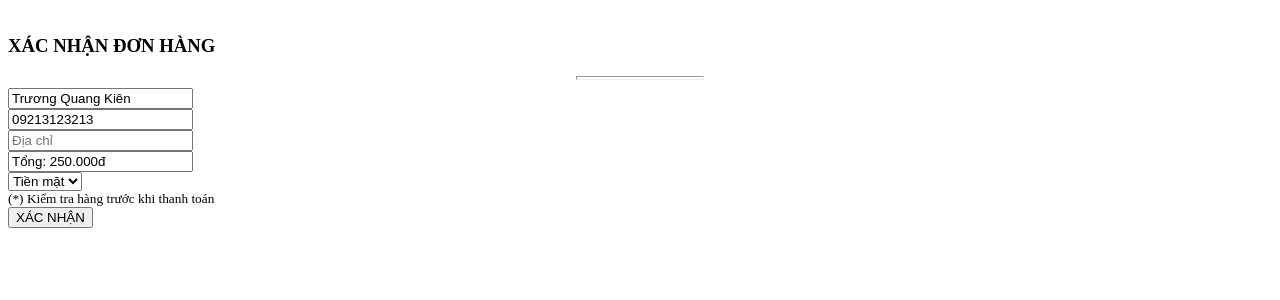
Repository: kienkiddo/BaiTapWebBanHang
Page: http://localhost/LapTrinhWebsite/home/view/confirm.jsp
The author's editor kept a copy of each file at every save. The page is drawn from the files as they stood at one save, then again after the next save.
The browser window is 1280 px wide. The pictures show the whole page.
The page is served by Tomcat 9.

Above is the page before, as saved 2022-05-11 13:53:50.

After the next save:
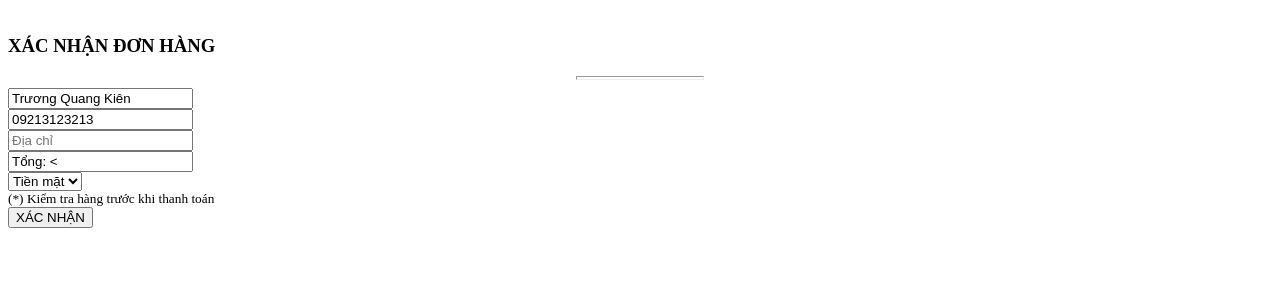
Saved 53 s later.
--- a/LapTrinhWebsite/src/main/webapp/home/view/confirm.jsp
+++ b/LapTrinhWebsite/src/main/webapp/home/view/confirm.jsp
@@ -41,7 +41,7 @@
                   </div>
                 </span>
                 <input class="form-control py-2 border-left-0 border" id="name" name="name"
-              value="Tổng: 250.000đ" readonly>
+              value="Tổng: <" readonly>
               </div>
               <div class="input-group form-group mb-0">
                 <span class="input-group-prepend">
